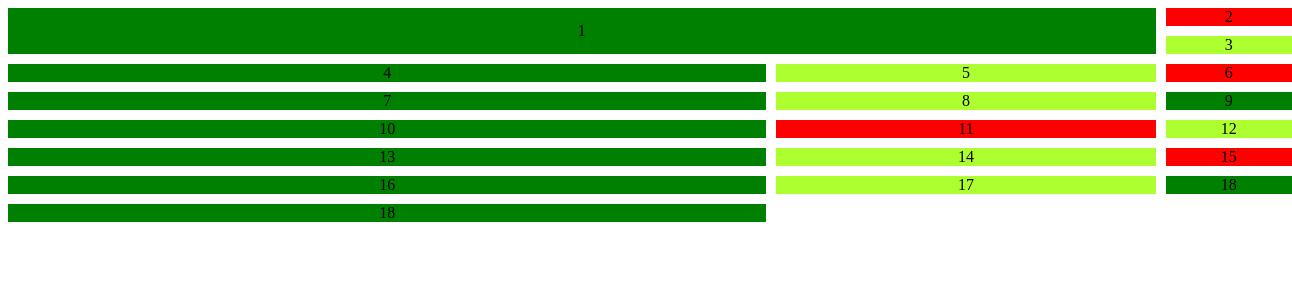
Repository: motiejus1/09-paskaita-05.31
Page: index.html
An editor plug-in stored every save of this project. The page is shown before and after a run of saves, followed by the edit.
The browser window is 1280 px wide. The page is 1292 px wide, then 1280 px, so the pictures cover 1292 px, including what lies to the right of the window. The pictures show the whole page.

Above is the page before, as saved 2021-06-15 19:31:32.

### index.html
<!DOCTYPE html>
<html lang="en">
<head>
    <meta charset="UTF-8">
    <meta http-equiv="X-UA-Compatible" content="IE=edge">
    <meta name="viewport" content="width=device-width, initial-scale=1.0">
    <title>9 paskaita</title>
    <style>
        .grid-container {
            display: grid;
            grid-template-columns: 60% 30% 10%;
            grid-column-gap: 10px ;
            grid-row-gap: 10px ;
        }

        .zalia {
            background-color: green;
        }

        .raudona {
            background-color: red;
        }

        .geltona {
            background: greenyellow;
        }

        .grid-item-1 {
            grid-column-start: 1 ;
            grid-column-end: 3 ;
            grid-row-start: 1 ;
            grid-row-end: 3 ;
        }

        .grid-item {
            display:grid;
            justify-content: center;
            align-items: center;
        }
        .flex-container {
            display:flex;
            justify-content: center;
            align-items: center;
        }
    </style>
</head>
<body>
    <div class="grid-container">
        <div class="grid-item grid-item-1 zalia">
            1
        </div>
        <div class="grid-item grid-item-2 raudona">
            2
        </div>
        <div class="grid-item grid-item-3 geltona">3</div>
        <div class="grid-item grid-item-4 zalia">4</div>
        <div class="grid-item geltona">5</div>
        <div class="grid-item raudona">6</div>
        <div class="grid-item zalia">7</div>
        <div class="grid-item geltona">8</div>
        <div class="grid-item zalia">9</div>
        <div class="grid-item zalia">10</div>
        <div class="grid-item raudona">11</div>
        <div class="grid-item geltona">12</div>
        <div class="grid-item zalia">13</div>
        <div class="grid-item geltona">14</div>
        <div class="grid-item raudona">15</div>
        <div class="grid-item zalia">16</div>
        <div class="grid-item geltona">17</div>
        <div class="grid-item zalia">18</div>
        <div class="flex-container zalia">18</div>
    </div>

</body>
</html>

After the next 3 saves:
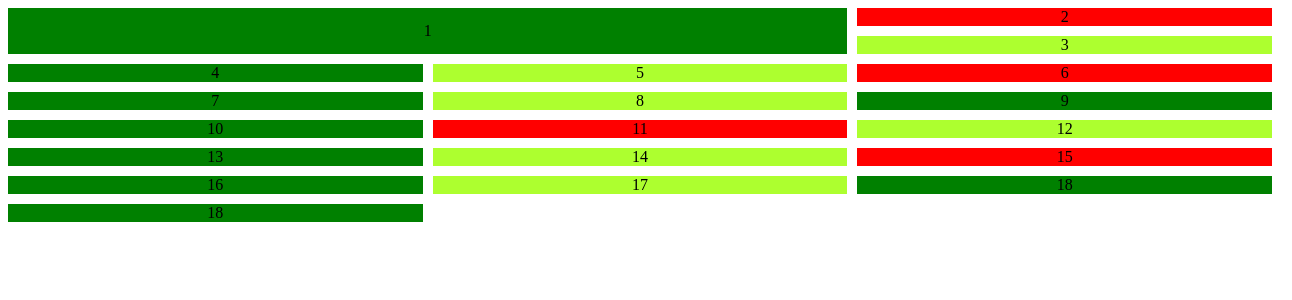
The 3 saves are shown as one change because they came seconds apart.
The last was saved 6 min 57 s later.
--- a/index.html
+++ b/index.html
@@ -8,7 +8,7 @@
     <style>
         .grid-container {
             display: grid;
-            grid-template-columns: 60% 30% 10%;
+            grid-template-columns: auto auto auto;
             grid-column-gap: 10px ;
             grid-row-gap: 10px ;
         }
